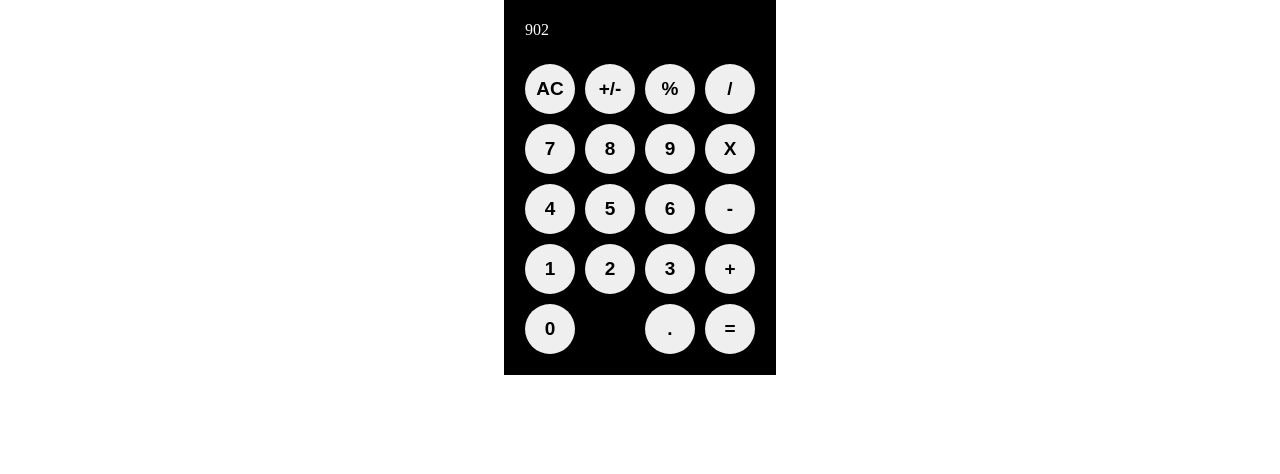
Repository: dmpelaez/calculator
Page: Calculator.html
An editor plug-in stored every save of this project. The page is shown before and after the next save, followed by the edit.
The browser window is 1280 px wide. The pictures show the whole page.

Above is the page before, as saved 2025-12-15 20:03:56.

After the next save:
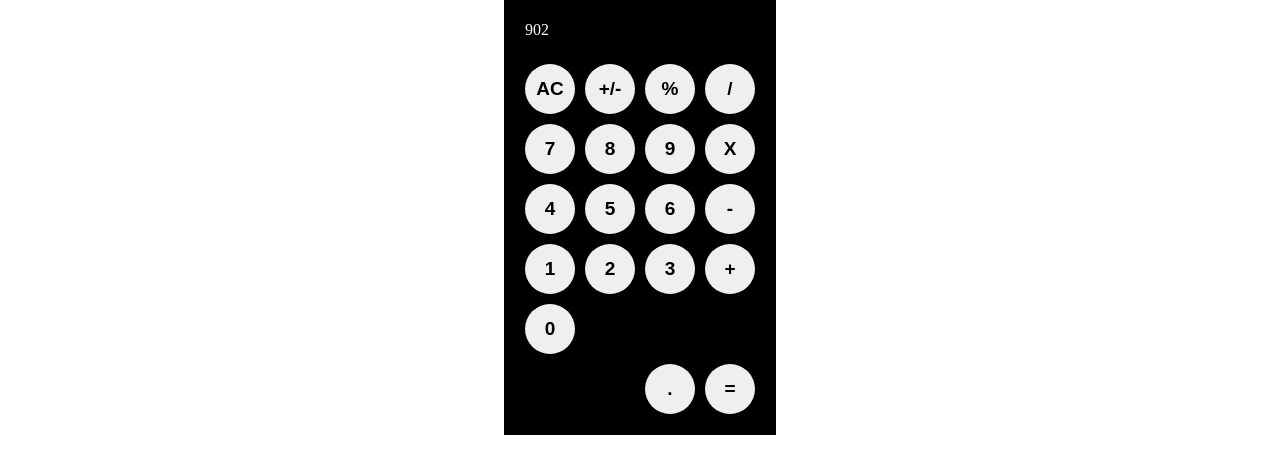
Saved 5 s later.
--- a/Calculator.css
+++ b/Calculator.css
@@ -44,5 +44,5 @@
 }
 .zero {
   grid-row: 5;
-  grid-column: 1 / 2 span;
+  grid-column: 1 / 3 span;
 }

After the save that followed:
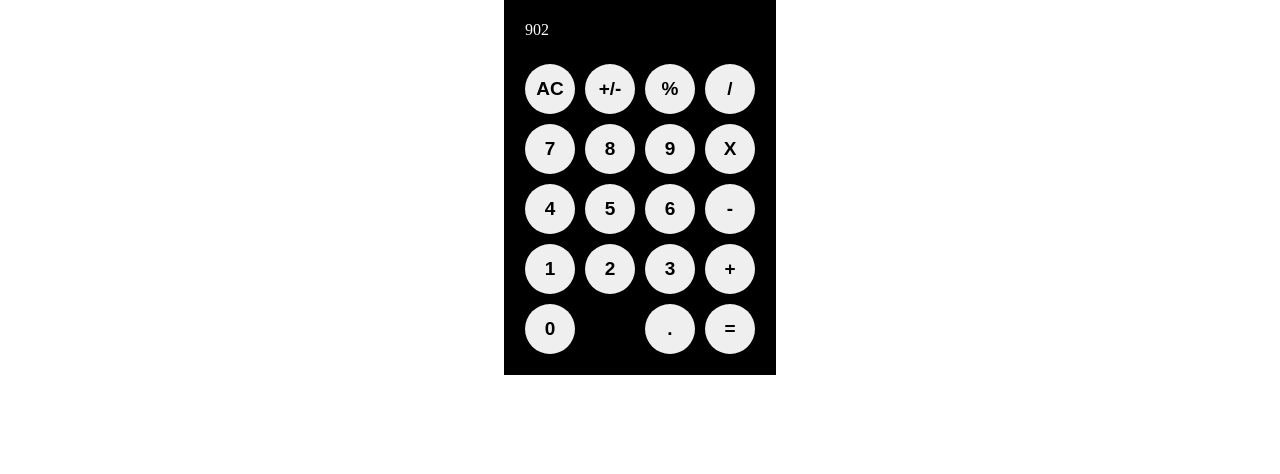
Saved 5 s later.
--- a/Calculator.css
+++ b/Calculator.css
@@ -44,5 +44,5 @@
 }
 .zero {
   grid-row: 5;
-  grid-column: 1 / 3 span;
+  grid-column: 1 / 2 span;
 }
